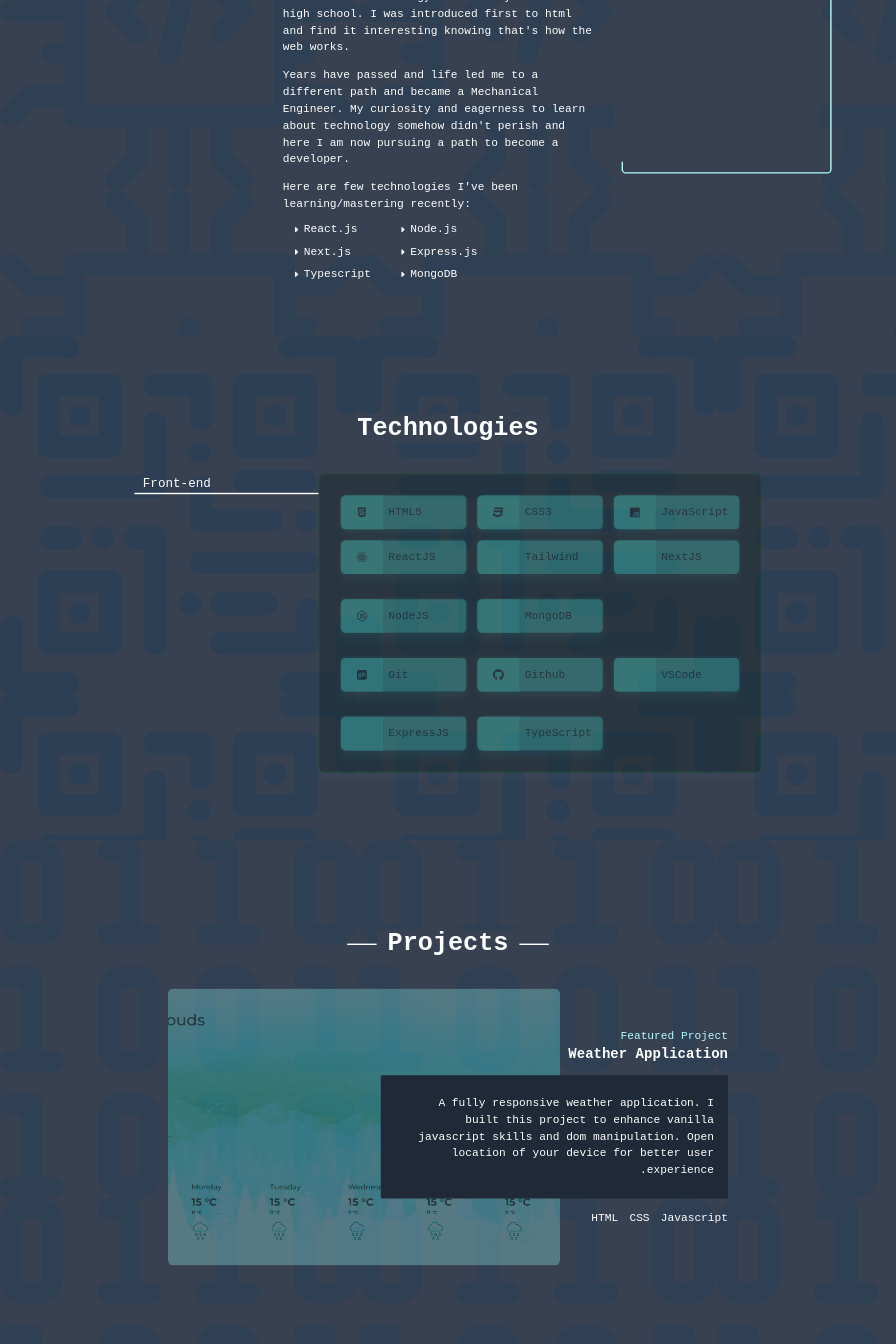
Repository: riandev25/nextjs-portfolio
Page: /
An editor plug-in stored every save of this project. The page is shown before and after the next save, followed by the edit.
The browser window is 1280 px wide. The pictures show the part of the page from y = 960 to 2880 px (the page is 2880 px tall), at 70% of full size.
Backgrounds fixed to the window are drawn as part of the page. The project was rebuilt for these pictures with package versions that can differ from the ones it lists, and the page was loaded fresh each time. The framework's server and built-in components were replaced by stand-ins that run in the browser. Also part of the build but not shown: next.config.js, components/Home/Keyboard/index.module.css, components/Home/Keyboard/index.jsx, components/About/Contacts.jsx.

Above is the page before, as saved 2022-11-13 13:06:52.

After the next save:
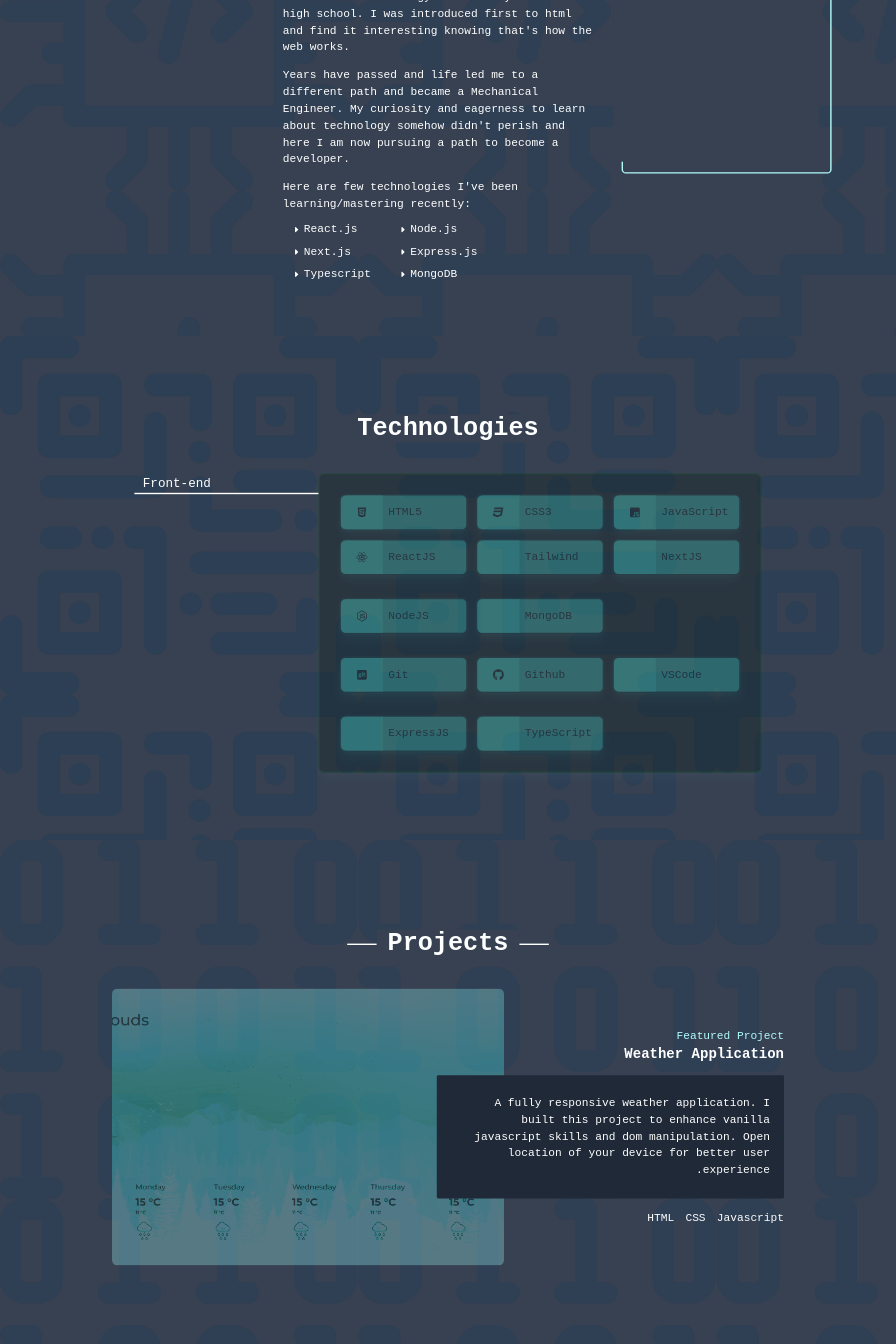
Saved 39 s later.
--- a/components/Projects/index.jsx
+++ b/components/Projects/index.jsx
@@ -35,7 +35,7 @@ const Projects = () => {
           />
         </section>
         <section
-          className='z-20 w-[23rem] flex flex-col overflow-visible space-y-4 lg:w-[15rem]'
+          className='z-20 w-[23rem] flex flex-col overflow-visible space-y-4 lg:w-[25rem]'
           dir='rtl'
         >
           <div className='flex flex-col justify-end items-end' dir='ltr'>
